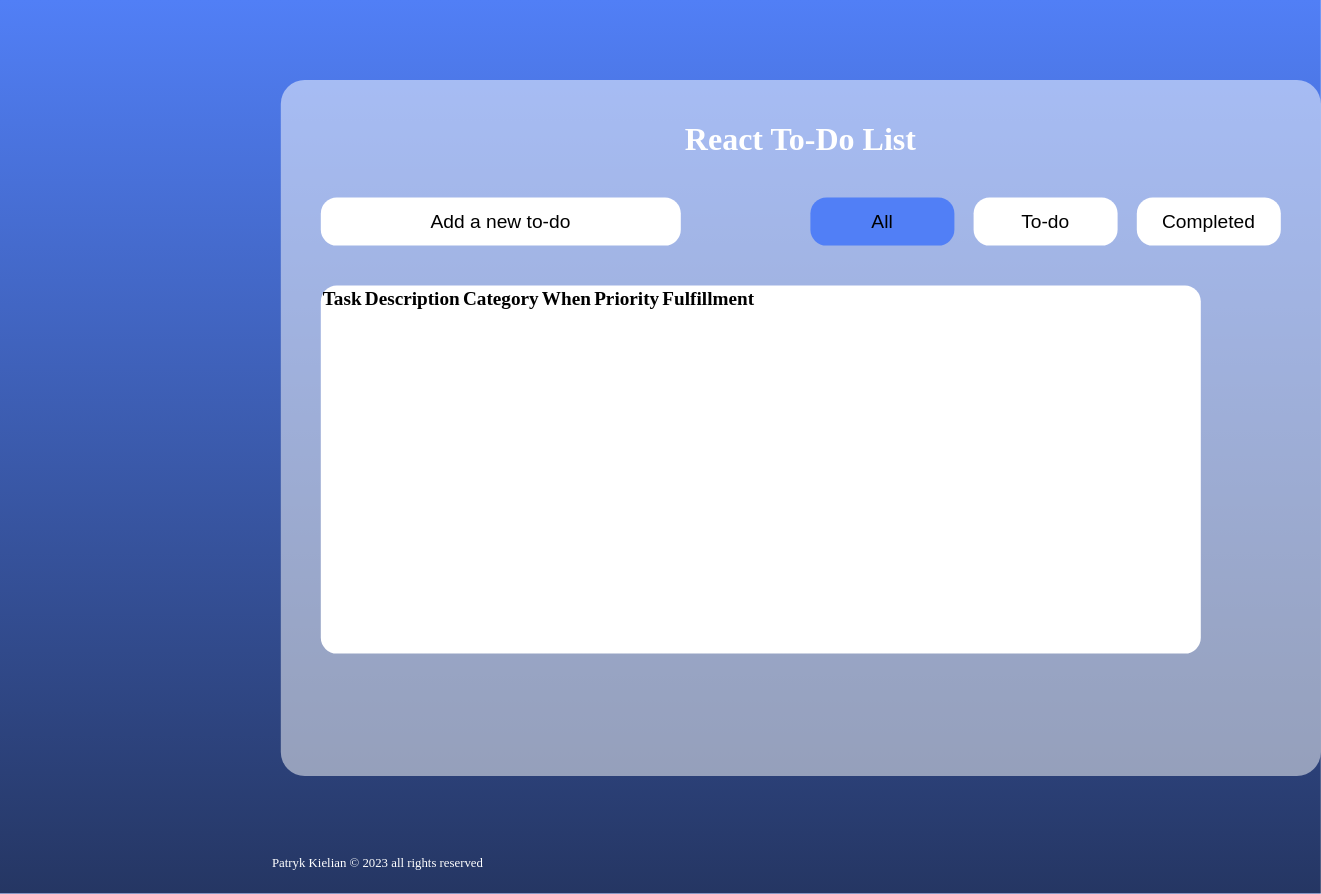
Repository: mirajane2/maquette-todo
Page: index.html
An editor plug-in stored every save of this project. The page is shown before and after the next save, followed by the edit.
The browser window is 1280 px wide. The page is 1651 px wide, so the pictures cover 1651 px, including what lies to the right of the window. The pictures show the whole page, at 80% of full size.
The page's requests for data from a server got no answer.

Above is the page before, as saved 2024-11-18 14:11:06.

After the next save:
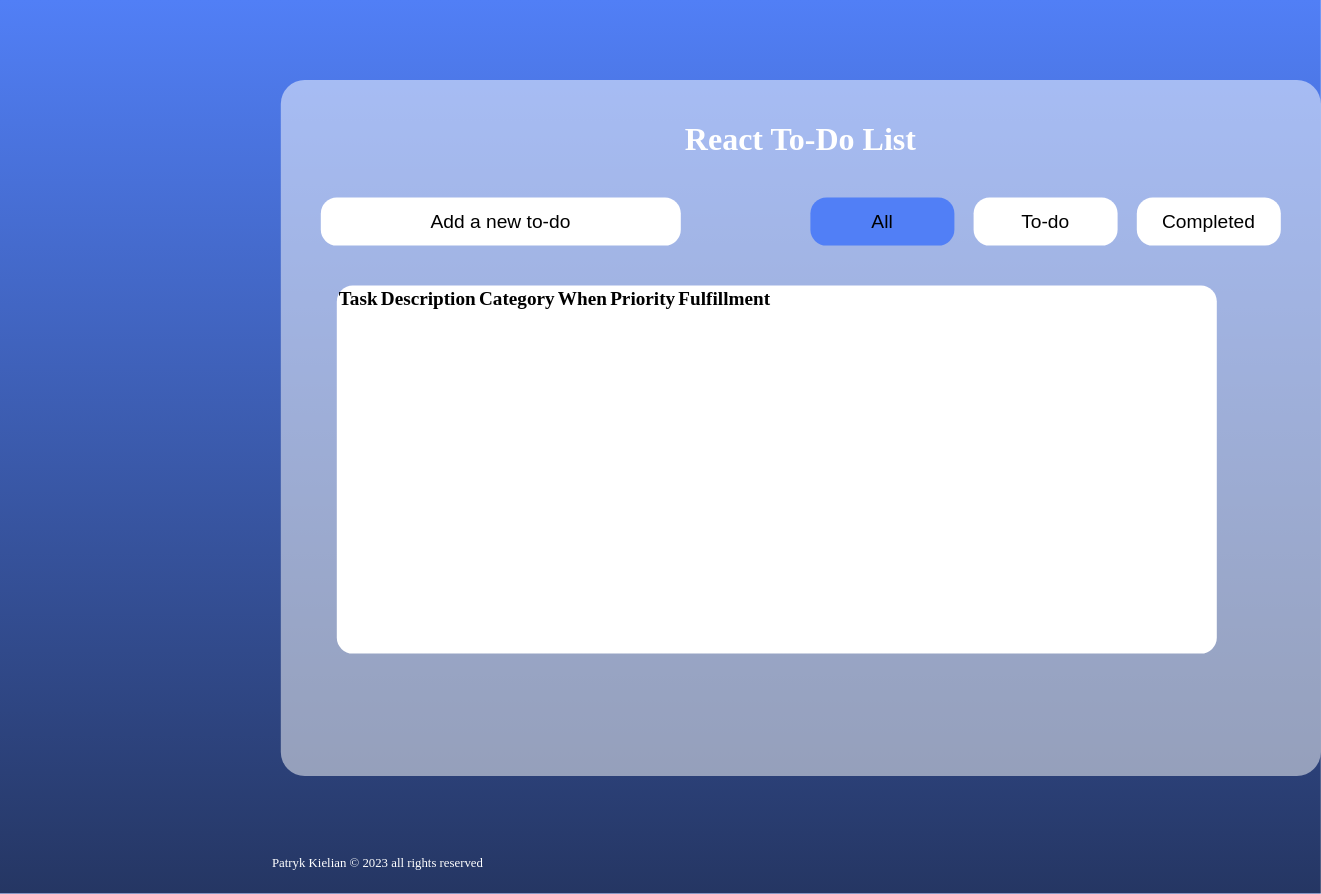
Saved 51 s later.
--- a/index.css
+++ b/index.css
@@ -74,9 +74,7 @@
     border-radius: 20px;
     border: none;
     font-size: 24px;
-}
-th{
-    margin: auto;
+    margin-left: 20px;
 }
 .form{
     background-color: #FFFFFF;

After the save that followed:
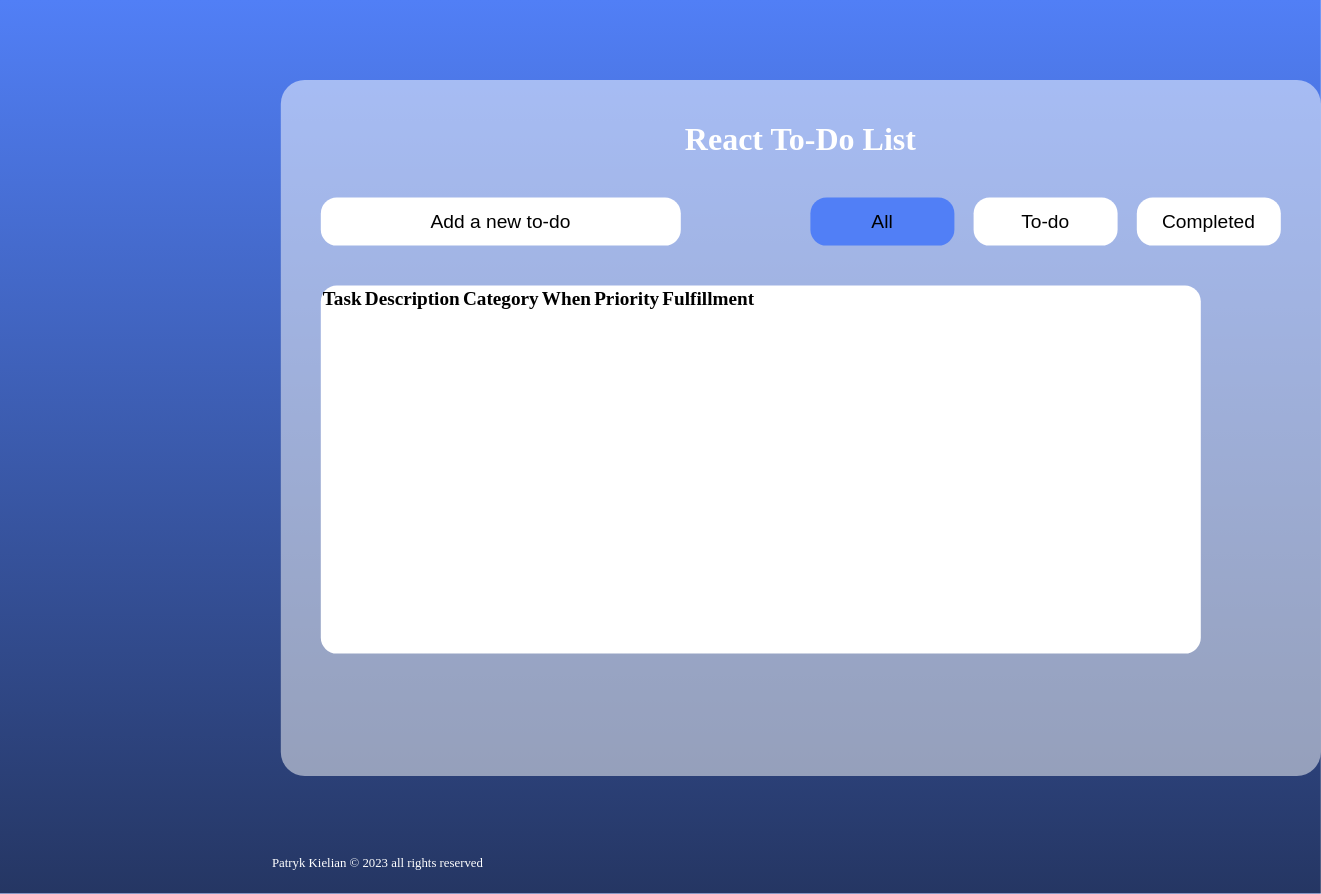
Saved 11 s later.
--- a/index.css
+++ b/index.css
@@ -74,7 +74,6 @@
     border-radius: 20px;
     border: none;
     font-size: 24px;
-    margin-left: 20px;
 }
 .form{
     background-color: #FFFFFF;
